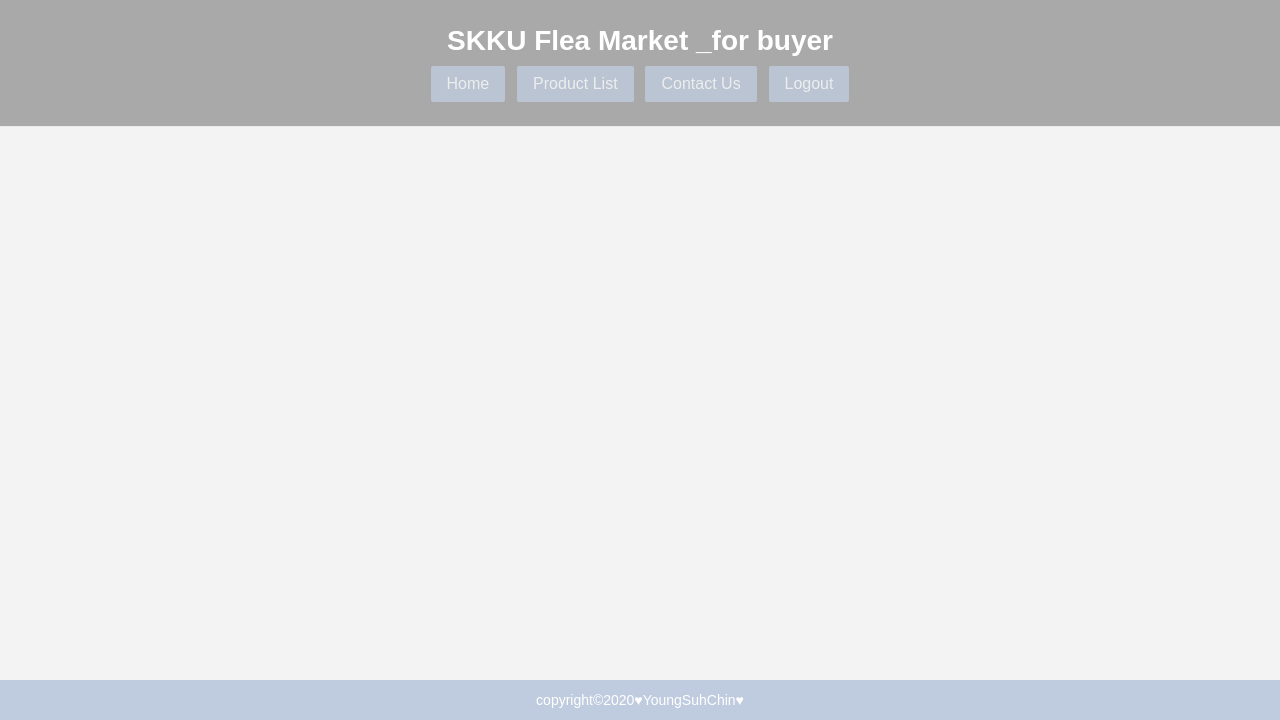
Repository: 0suh/SKKU_Web_project
Page: http://localhost/2018312257_YoungSuhChin_project/welcomebuyer.jsp
The author's editor kept a copy of each file at every save. The page is drawn from the files as they stood at one save, then again after the next save.
The browser window is 1280 px wide. The pictures show the whole page.
The page is served by Tomcat 9.

Above is the page before, as saved 2020-12-20 07:31:41.

After the next save:
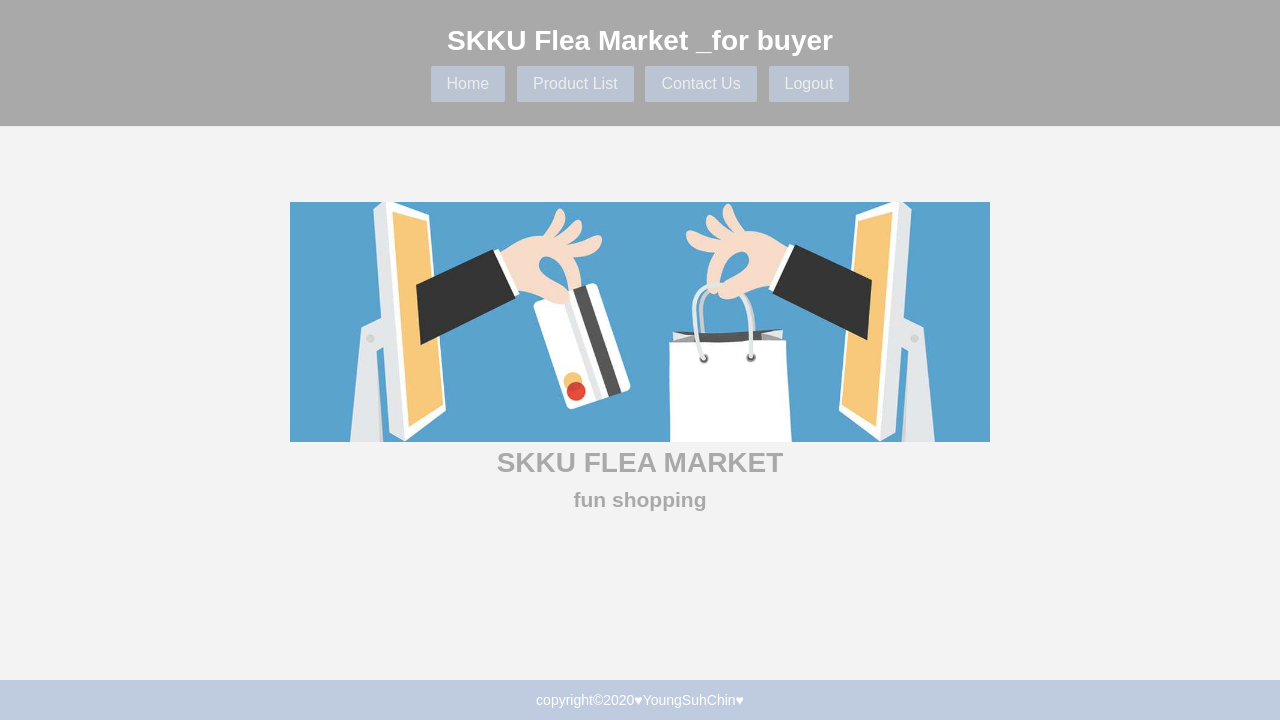
Saved 44 s later.
--- a/FinalProject/2018312257_YoungSuhChin_project/WebContent/welcomebuyer.jsp
+++ b/FinalProject/2018312257_YoungSuhChin_project/WebContent/welcomebuyer.jsp
@@ -23,9 +23,12 @@
 <li><a href="logout.jsp">Logout</a></li>
 </ul>
 
+
 <div class="form-shopping">
 
-
+<img src="image/shopping.jpg" alt="My Image">
+<h1>SKKU FLEA MARKET</h1>
+<h2>fun shopping</h2>
 
 
 
